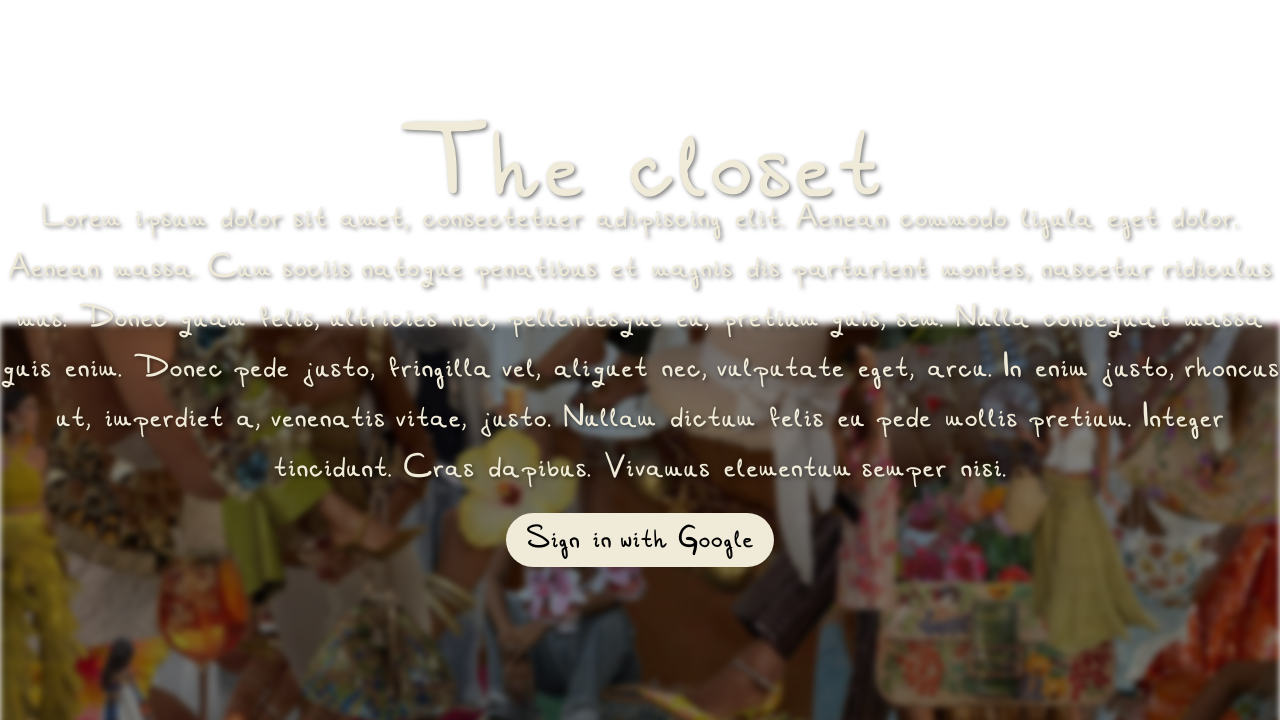
Repository: karla-sikavica/theCloset
Page: / (app in frontend/)
An editor plug-in stored every save of this project. The page is shown before and after the next save, followed by the edit.
The browser window is 1280 px wide. The pictures show the whole page.
The project was rebuilt for these pictures with package versions that can differ from the ones it lists, and the page was loaded fresh each time. Also part of the build but not shown: frontend/vite.config.ts.

Above is the page before, as saved 2025-03-31 20:39:11.

After the next save:
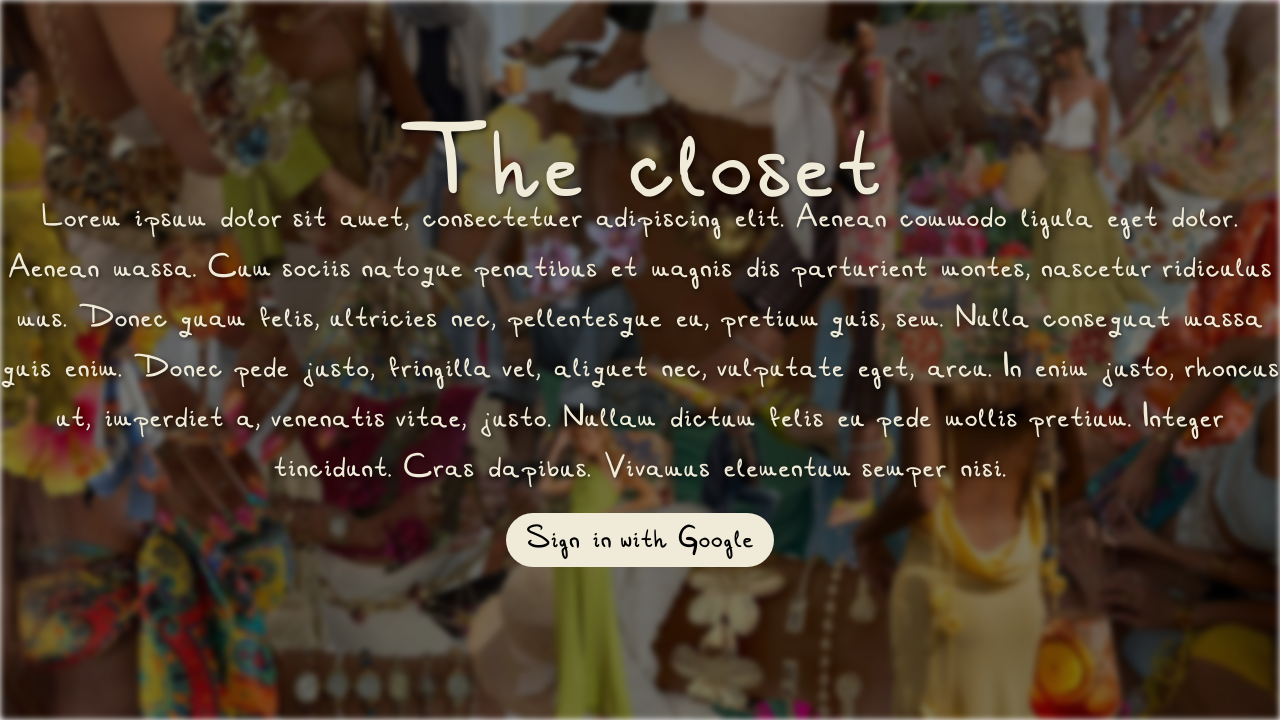
Saved 7 s later.
--- a/frontend/src/components/ui/Collage.tsx
+++ b/frontend/src/components/ui/Collage.tsx
@@ -15,7 +15,7 @@
 const collageConfig: CollageImage[] = [
   {
     src: "/images/collage.jpg",
-    top: "45%",
+    top: "0%",
     left: "0%",
     width: "100%",
     rotate: "0deg",
